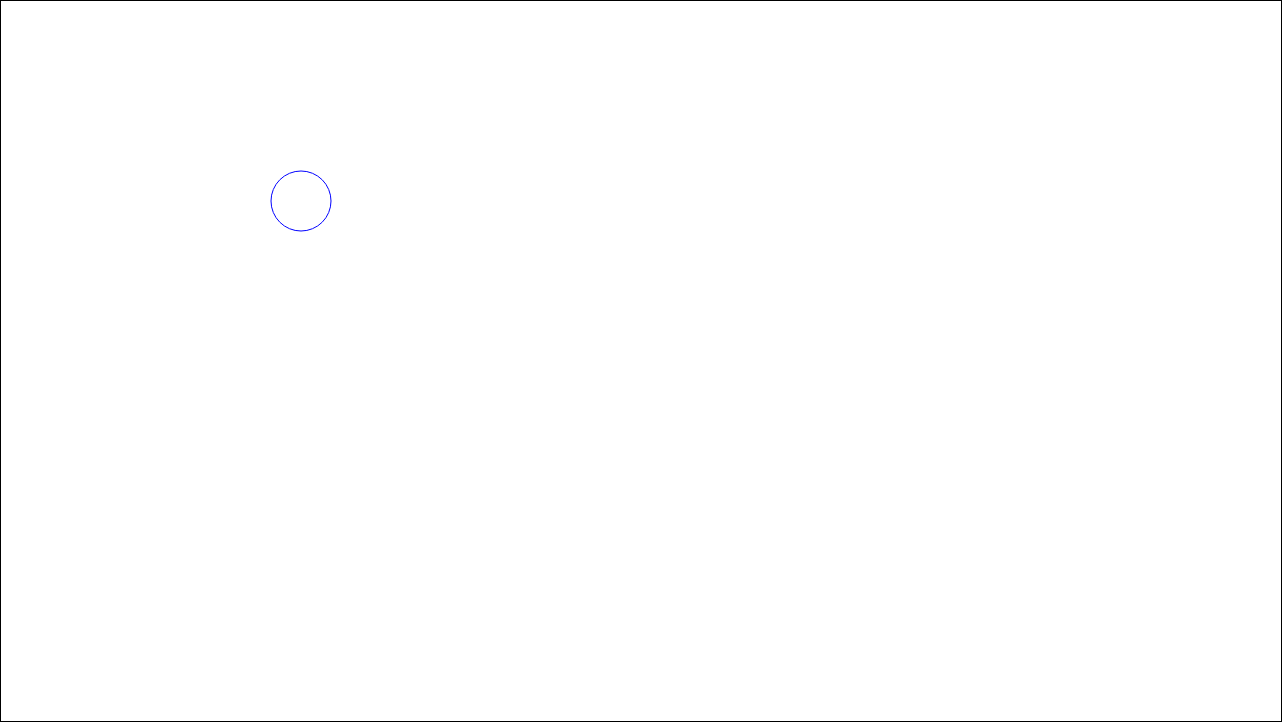
Repository: msminsu/study-canvas
Page: canvas/index.html
The author's editor kept a copy of each file at every save. The page is drawn from the files as they stood at one save, then again after the next save.
The browser window is 1280 px wide. The page is 1282 px wide, so the pictures cover 1282 px, including what lies to the right of the window. The pictures show the whole page.

Above is the page before, as saved 2018-11-23 10:55:36.

After the next save:
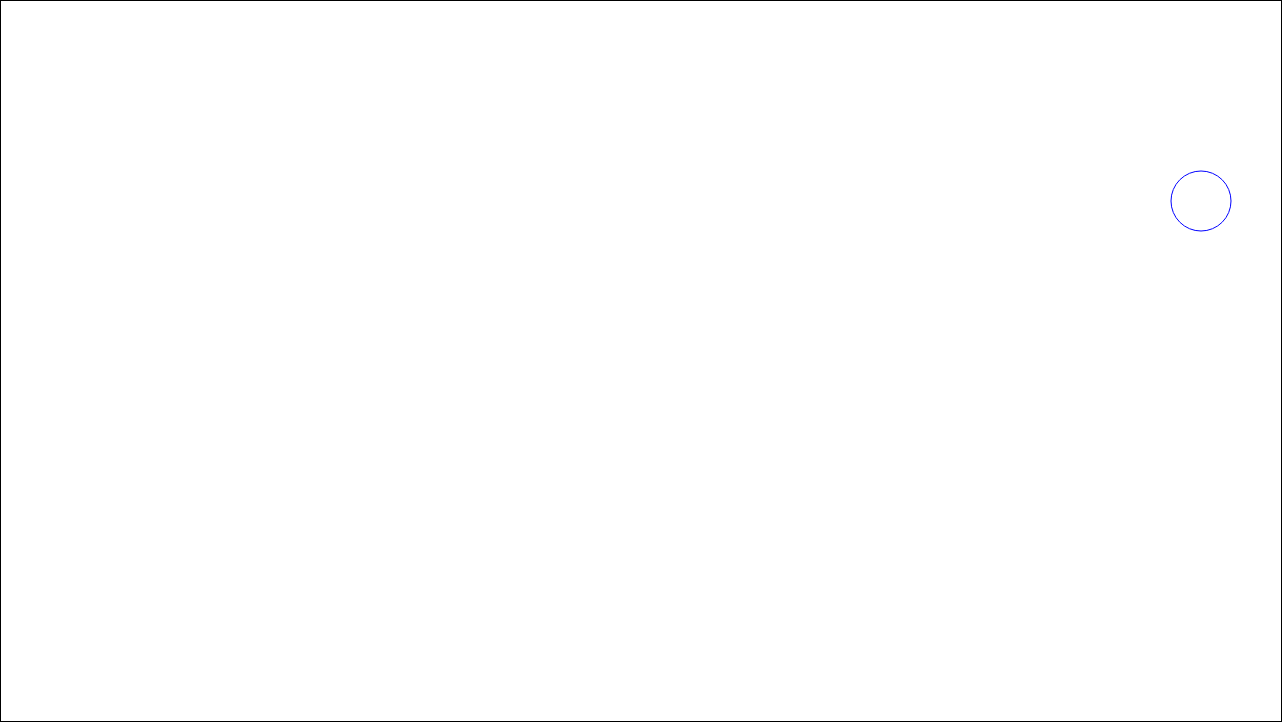
Saved 30 s later.
--- a/canvas/index.html
+++ b/canvas/index.html
@@ -35,6 +35,7 @@
 
 
 var x = 0;
+var dx = 4;
     function animate(){
         requestAnimationFrame(animate);
         c.clearRect(0, 0, innerWidth, innerHeight);
@@ -43,7 +44,7 @@
         c.arc(x,200,30, 0, Math.PI * 2, false);
         c.strokeStyle = 'blue';
         c.stroke();
-        x+=1;
+        x+= dx;
     }
 
 animate();

After the save that followed:
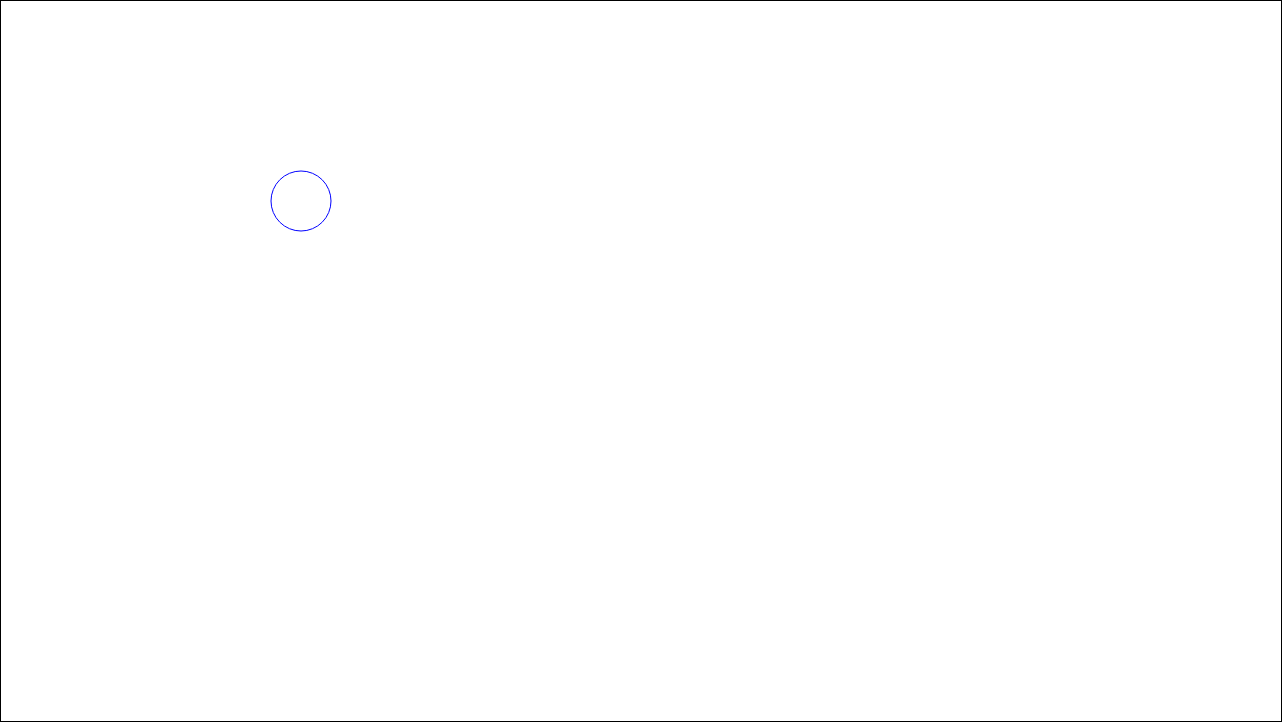
Saved 11 s later.
--- a/canvas/index.html
+++ b/canvas/index.html
@@ -35,7 +35,7 @@
 
 
 var x = 0;
-var dx = 4;
+var dx = 1;
     function animate(){
         requestAnimationFrame(animate);
         c.clearRect(0, 0, innerWidth, innerHeight);
